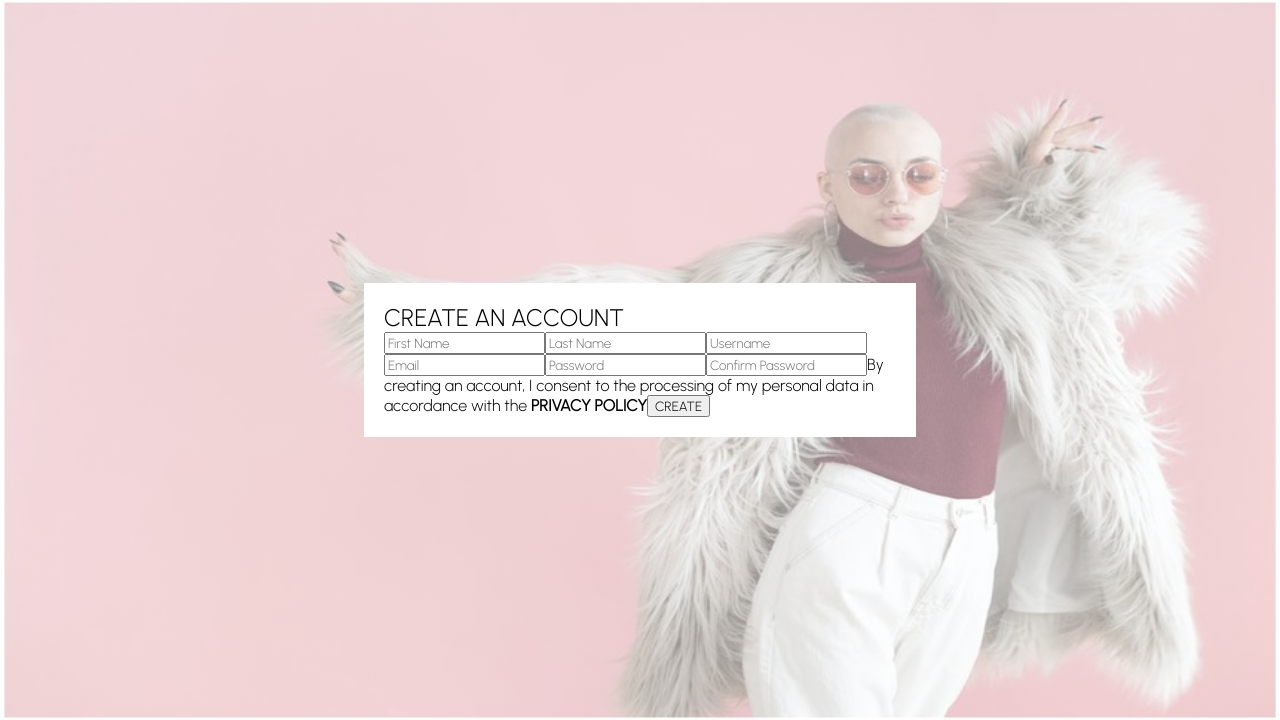
Repository: kmvaghela/ECOMMERCE
Page: /
The author's editor kept a copy of each file at every save. The page is drawn from the files as they stood at one save, then again after the next save.
The browser window is 1280 px wide. The pictures show the whole page.
The project was rebuilt for these pictures with package versions that can differ from the ones it lists, and the page was loaded fresh each time. Also part of the build but not shown: src/components/Announcement.jsx, src/data.js, src/components/CategoryItem.jsx, src/components/Categories.jsx, src/components/Navbar.jsx, src/components/Product.jsx, src/components/Products.jsx, src/components/Slider.jsx and 5 more.

Above is the page before, as saved 2022-02-24 10:01:02.

### public/index.html
<!DOCTYPE html>
<html lang="en">

<head>
  <meta charset="utf-8" />
  <meta name="viewport" content="width=device-width, initial-scale=1" />
  <meta name="description" content="Web site created using create-react-app" />
  <link href="https://fonts.googleapis.com/css2?family=Urbanist:wght@100;200;300&display=swap" rel="stylesheet">
  <style>
    * {
      margin: 0;
      font-family: 'Urbanist', sans-serif;
    }
  </style>
  <title>React App</title>
</head>

<body>
  <noscript>You need to enable JavaScript to run this app.</noscript>
  <div id="root"></div>
</body>

</html>

### src/App.jsx
import Home from "./pages/Home";
import Product from "./pages/Product";
import ProductList from "./pages/ProductList";
import Register from "./pages/Register";

const App = () => {
  return (
    // <Home />
    // <ProductList />
    // <Product />
    <Register />
  );
};

export default App;

### src/pages/Register.jsx
import React from "react";
import styled from "styled-components";
import RegisterBg from "../assets/register-bg.jpg";

const Container = styled.div`
  height: 100vh;
  width: 100vw;
  background: linear-gradient(
      rgba(255, 255, 255, 0.5),
      rgba(255, 255, 255, 0.5)
    ),
    url(${RegisterBg}) center;
  background-repeat: no-repeat;
  background-size: 100vw 100vh;
  display: flex;
  align-items: center;
  justify-content: center;
`;

const Wrapper = styled.div`
  width: 40%;
  padding: 20px;
  background-color: white;
`;

const Title = styled.div`
  font-size: 24px;
  font-weight: 300;
`;

const Form = styled.form``;

const Input = styled.input``;

const Agreement = styled.span``;

const Button = styled.button``;

const Register = () => {
  return (
    <Container>
      <Wrapper>
        <Title>CREATE AN ACCOUNT</Title>
        <Form>
          <Input placeholder="First Name" />
          <Input placeholder="Last Name" />
          <Input placeholder="Username" />
          <Input placeholder="Email" />
          <Input placeholder="Password" />
          <Input placeholder="Confirm Password" />
          <Agreement>
            By creating an account, I consent to the processing of my personal
            data in accordance with the <b>PRIVACY POLICY</b>
          </Agreement>
          <Button>CREATE</Button>
        </Form>
      </Wrapper>
    </Container>
  );
};

export default Register;

Loaded but not shown: src/index.js (common file)

After the next save:
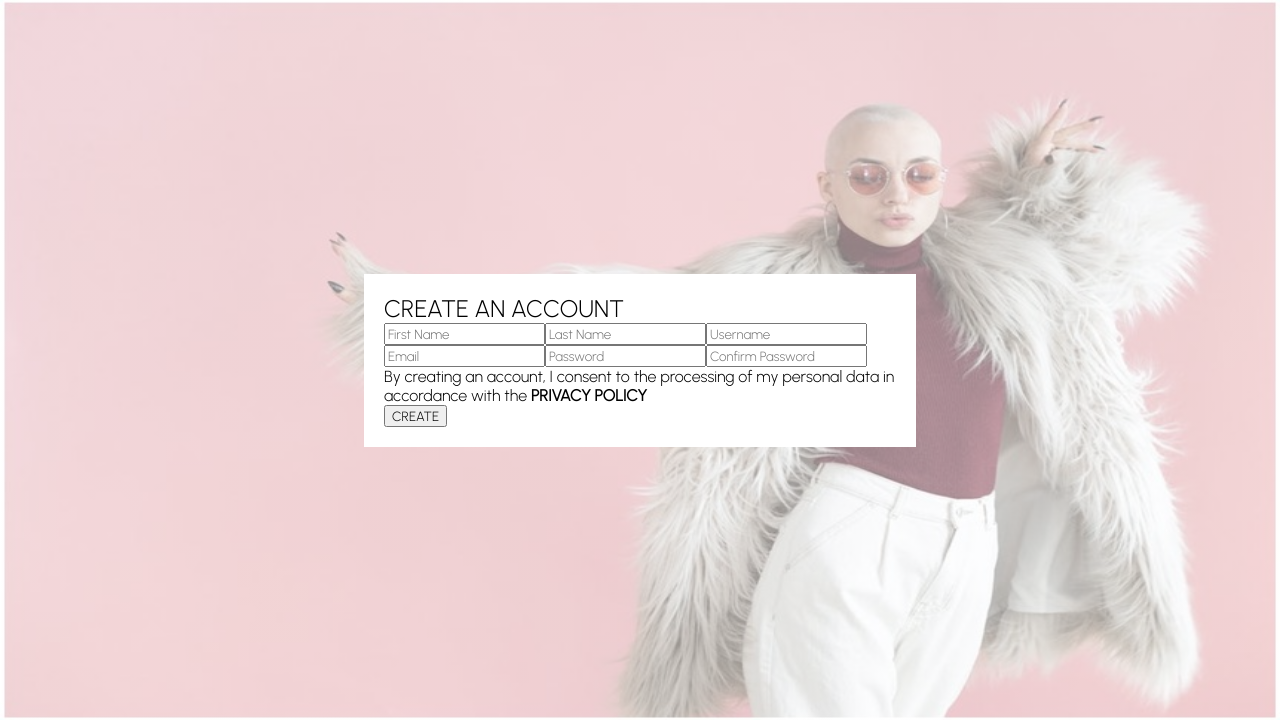
Saved 48 s later.
--- a/src/pages/Register.jsx
+++ b/src/pages/Register.jsx
@@ -28,7 +28,10 @@
   font-weight: 300;
 `;
 
-const Form = styled.form``;
+const Form = styled.form`
+  display: flex;
+  flex-wrap: wrap;
+`;
 
 const Input = styled.input``;
 
